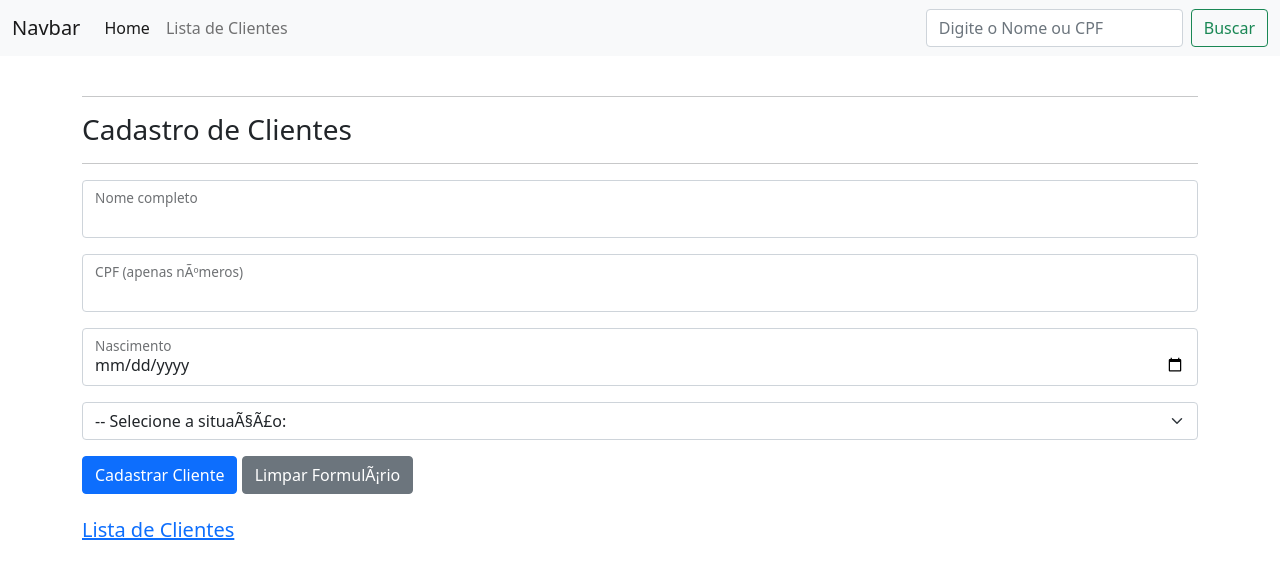
Repository: Kayo-Werter/projeto-hotel
Page: hotel/src/main/webapp/index.html
These files come from the project's save history. The page is drawn as it stood at one moment and after the next save; the edit follows.
The browser window is 1280 px wide. The pictures show the whole page.

Above is the page before, as saved 2023-12-03 19:28:07.

After the next save:
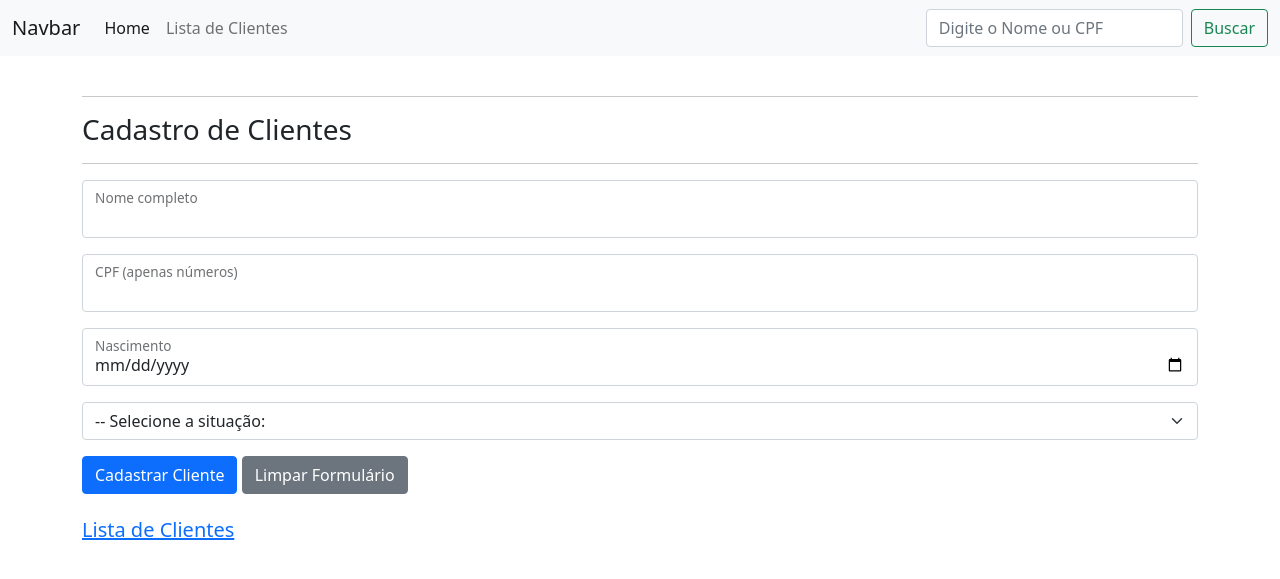
Saved 76 s later.
--- a/hotel/src/main/webapp/index.html
+++ b/hotel/src/main/webapp/index.html
@@ -1,7 +1,7 @@
 <!DOCTYPE html>
 <html>
 <head>
-	<meta charset="ISO-8859-1">
+	<meta charset="UTF-8">
 	<title>CRUD Java - Cadastro de Cliente | Home</title>
 	<!-- CSS only -->
 	<link href="https://cdn.jsdelivr.net/npm/bootstrap@5.1.3/dist/css/bootstrap.min.css" rel="stylesheet" integrity="sha384-1BmE4kWBq78iYhFldvKuhfTAU6auU8tT94WrHftjDbrCEXSU1oBoqyl2QvZ6jIW3" crossorigin="anonymous">
